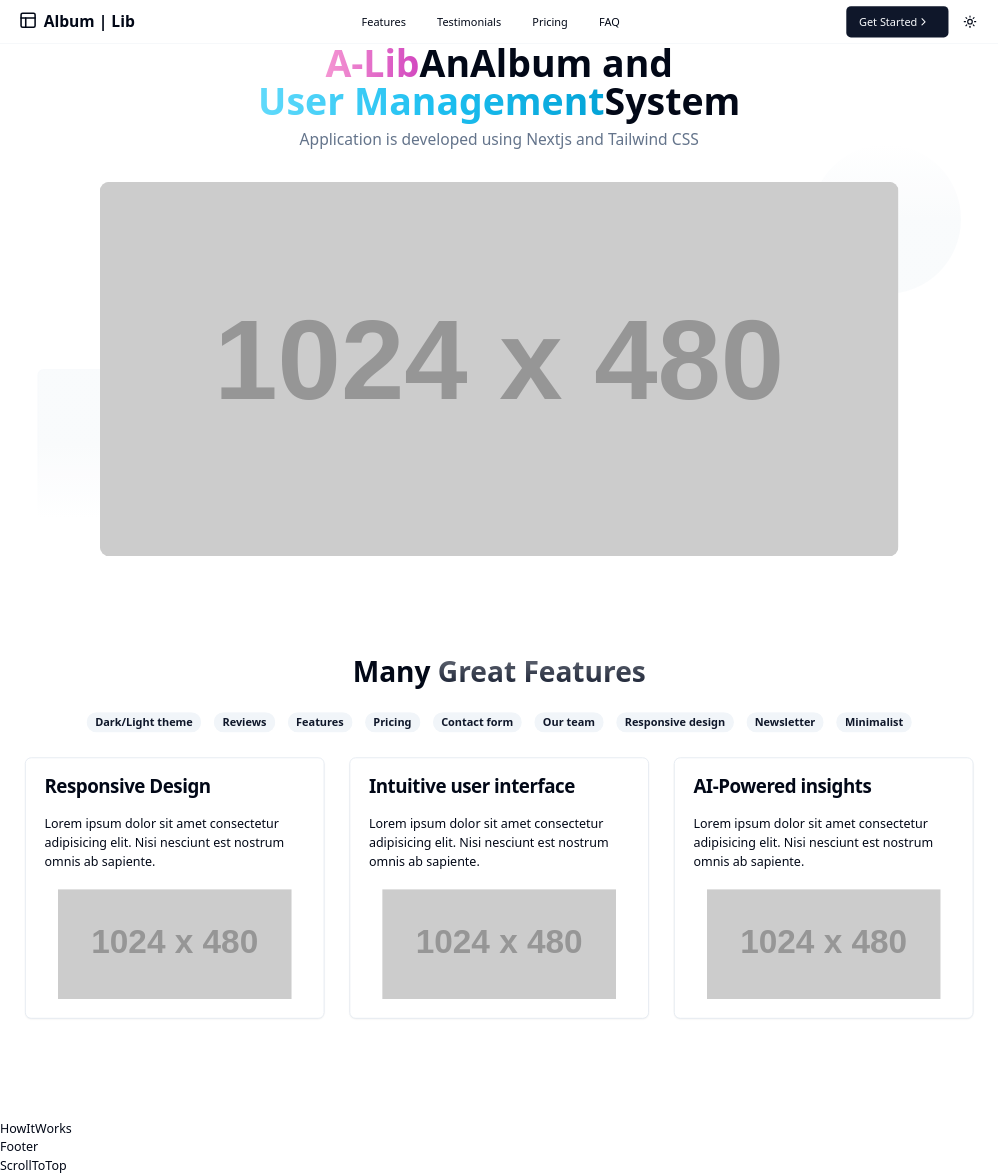
Repository: DevLaukey/savannah-informatics-test
Page: /
An editor plug-in stored every save of this project. The page is shown before and after the next save, followed by the edit.
The browser window is 1280 px wide. The pictures show the whole page, at 78% of full size.
The project was rebuilt for these pictures with package versions that can differ from the ones it lists, and the page was loaded fresh each time. The framework's server and built-in components were replaced by stand-ins that run in the browser. Also part of the build but not shown: next.config.mjs.

Above is the page before, as saved 2024-06-04 22:24:03.

After the next save:
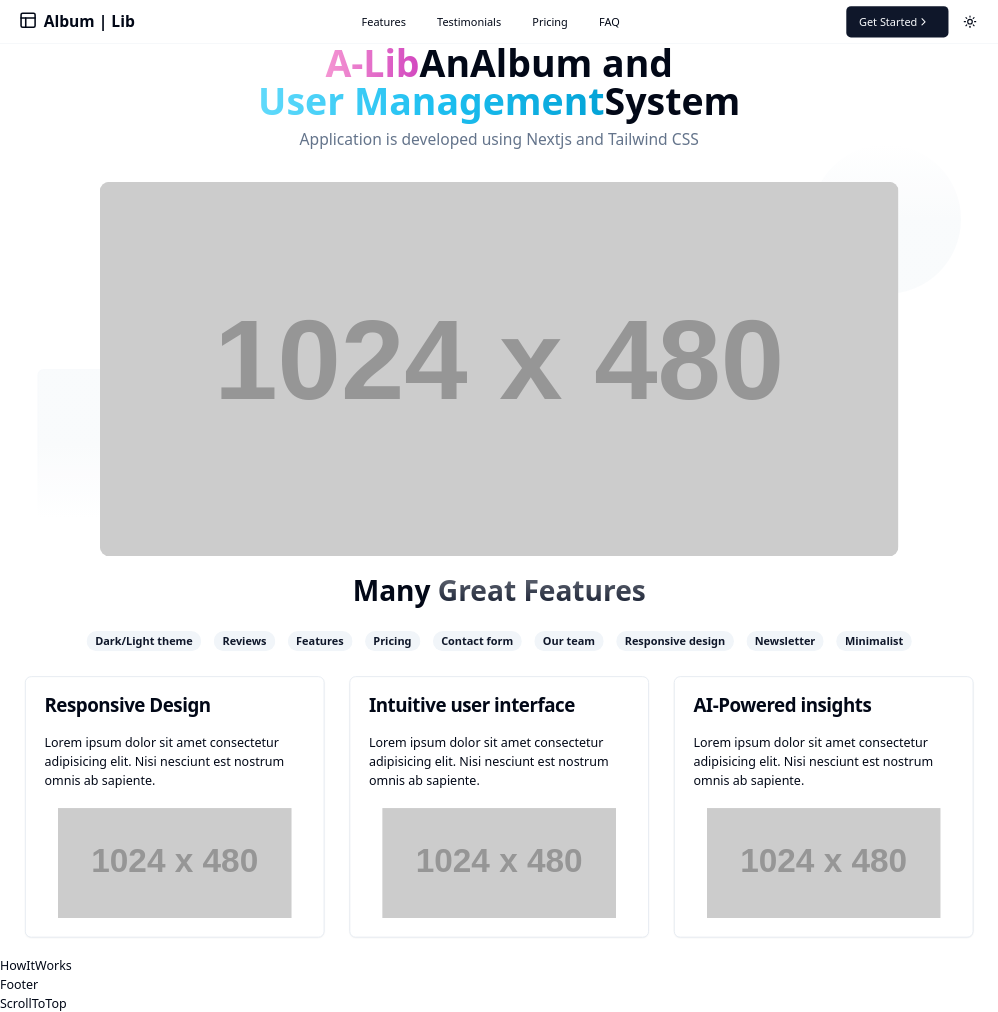
Saved 23 s later.
--- a/components/landing-page/About.jsx
+++ b/components/landing-page/About.jsx
@@ -42,7 +42,7 @@ const featureList = [
 
 export const About = () => {
   return (
-    <section id="features" className="container py-24 sm:py-32 space-y-8">
+    <section id="features" className="container py-4 sm:py-6 space-y-8">
       <h2 className="text-3xl lg:text-4xl font-bold md:text-center">
         Many{" "}
         <span className="bg-gradient-to-b from-primary/60 to-primary text-transparent bg-clip-text">
